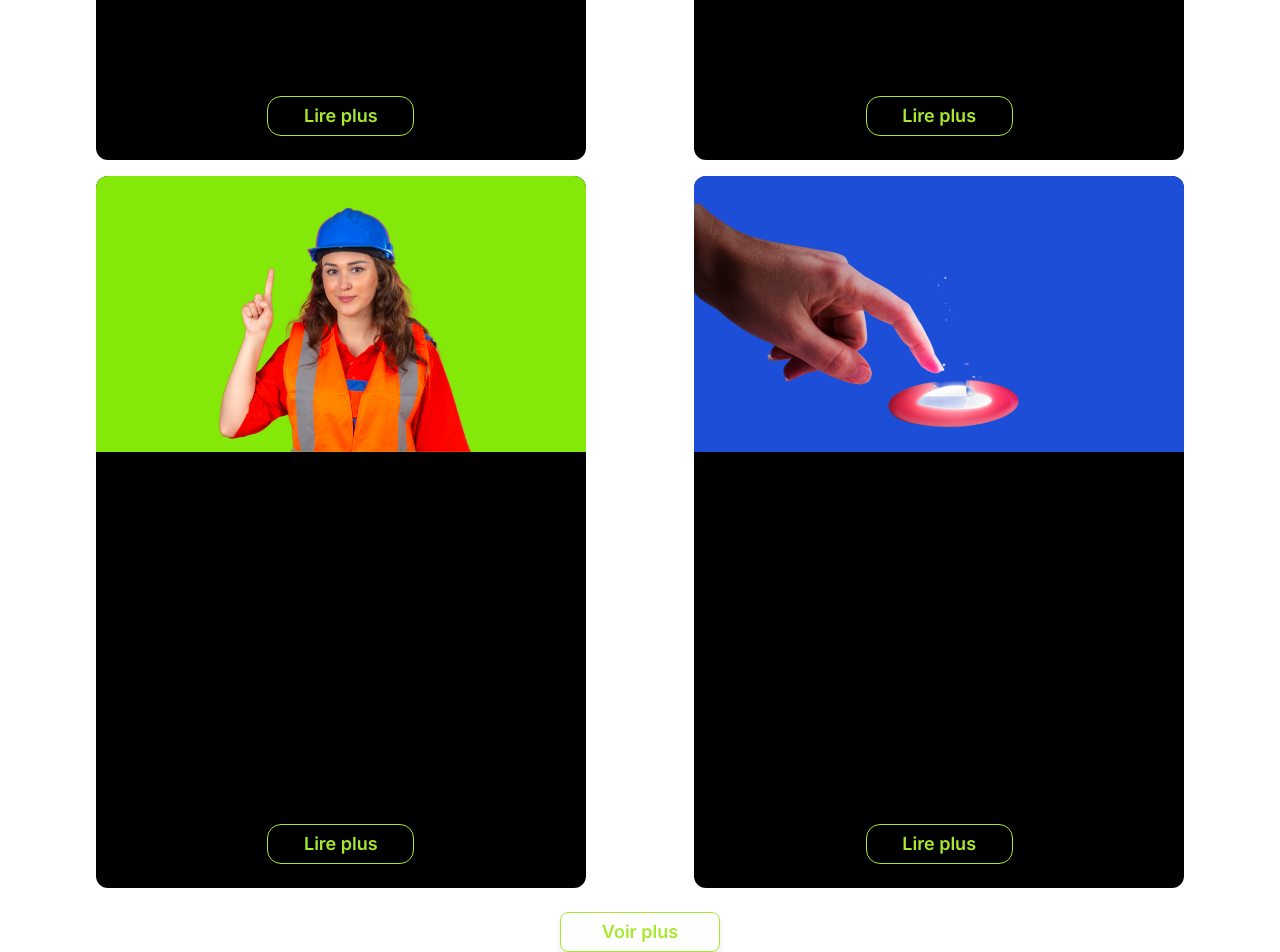
Repository: NassimeElkamari/test
Page: /blogs
The author's editor kept a copy of each file at every save. The page is drawn from the files as they stood at one save, then again after a run of saves.
The browser window is 1280 px wide. The pictures show the part of the page from y = 1243 to 2195 px (the page is 2195 px tall).
The project was rebuilt for these pictures with package versions that can differ from the ones it lists, and the page was loaded fresh each time. The framework's server and built-in components were replaced by stand-ins that run in the browser. Also part of the build but not shown: next.config.mjs.

Above is the page before, as saved 2024-06-12 16:06:10.

### src/app/blogs/page.tsx
import Image from 'next/image';
import React from 'react';
import { MdDateRange } from "react-icons/md";
import BlogCard from '../../components/BlogCard';
import { cardData } from '../../data/cardData';

const Blog = () => {
  return (
    <div className='bg-white'>
      <div className='flex justify-center'>
        <h1 className="text-4xl font-bold text-center">Blog</h1>
      </div>
      <div className="relative w-[92vw] h-[85vh] mx-auto overflow-hidden bg-black pt-5 pl-8 flex flex-col justify-start rounded-2xl">
        <Image
          src="/bgImage.jpg"
          layout="fill"
          objectFit="cover"
          objectPosition="top"
          quality={100}
          alt="Background Image"
          className="opacity-30 bg-black"
        />
        <div className="absolute inset-0 flex flex-col justify-center text-white mt-[6%] p-4 pl-8">
          <h1 className="text-[52px] font-semibold mb-4">
            Ouvrez les portes de la connaissance <br /> avec nos Blogs stimulants
          </h1>
          <p className="text-[17px] mb-8">
            Découvrez les dernières actualités de 2peerfect dans une multitude de domaines passionnants. <br />Plongez-vous dans nos articles pour rester à jour sur les tendances les plus récentes en technologie, <br /> santé mentale, Design, Business, et bien plus encore. Avec une expertise diversifiée et des perspectives variées,<br /> 2peerfect vous offre un aperçu complet et captivant des développements les plus récents à travers différents secteurs.<br /> Ne manquez rien de ce qui se passe dans le monde, suivez 2peerfect pour rester informé et inspiré.
          </p>
          <div className="flex flex-wrap justify-between space-x-4 w-[80%]">
            <div className="bg-transparent rounded-lg shadow-md w-[15%] h-10 mb-4 border border-[#A7E92F] flex items-center justify-center">
              <h2 className="text-lg font-semibold text-center">Marketing</h2>
            </div>
            <div className="bg-transparent rounded-lg shadow-md w-[15%] h-10 mb-4 border border-[#A7E92F] flex items-center justify-center">
              <h2 className="text-lg font-semibold text-center">Design</h2>
            </div>
            <div className="bg-transparent rounded-lg shadow-md w-[15%] h-10 mb-4 border border-[#A7E92F] flex items-center justify-center">
              <h2 className="text-lg font-semibold text-center">Business</h2>
            </div>
            <div className="bg-transparent rounded-lg shadow-md w-[15%] h-10 mb-4 border border-[#A7E92F] flex items-center justify-center">
              <h2 className="text-lg font-semibold text-center">IT</h2>
            </div>
            <div className="bg-transparent rounded-lg shadow-md w-[15%] text-center h-10 mb-4 border border-[#A7E92F] flex items-center justify-center">
              <h2 className="text-lg font-semibold">Psychologie</h2>
            </div>
            {/* Add more cards as needed */}
          </div>
        </div>
      </div>
      <div className='second-section w-[85vw] mx-auto mt-10 flex justify-center'>
        <div className="flex flex-wrap gap-4 justify-between ">
          {cardData.map((card) => (
            <BlogCard
              key={card.id}
              imageSrc={card.imageSrc}
              title={card.title}
              description={card.description}
              date={card.date}
              color={card.background}
            />
          ))}
        </div>
      </div>
      <div className="flex justify-center mt-10">
        <button className=" text-white rounded-lg shadow-md w-40 text-center h-10 border border-[#A7E92F] flex items-center justify-center">
          <h2 className="text-lg font-semibold text-[#A7E92F]">Voir plus</h2>
        </button>
      </div>
    </div>
  );
};

export default Blog;

### src/components/BlogCard.tsx
import Image from 'next/image'
import React from 'react'
import { MdDateRange } from "react-icons/md";


const BlogCard = ({ imageSrc, title, description, date , color}) => {
  return (
    <div className='w-[45%] h-[50%] bg-black rounded-xl flex flex-col'>
    <div className="w-[100%] h-2/5 relative">
        <Image
        src={imageSrc}
        layout='responsive'
        height={100}
        width={100}
        alt="Card Image"
        className="w-full h-full rounded-t-xl "
        style={{backgroundColor: `${color}`}}
        />
    </div>
    <div className="pt-14 flex justify-center items-center flex-col px-5">
        <h1 className="text-[32px] font-semibold">{title}</h1>
        <p className="text-md mt-5">{description}</p>
    </div>
    <div className="flex items-center justify-end mt-10 mr-2">
        <MdDateRange width={70} height={70} className='mr-4'/>
        <p className="mr-2">{date}</p>
    </div>
    <div className="flex justify-center mt-8 mb-6"> {/* Added justify-center class */}
        <button className="bg-black rounded-[14px] shadow-md w-[30%] text-center h-10 border border-[#A7E92F] flex items-center justify-center">
        <h2 className="text-lg font-semibold text-[#A7E92F]">Lire plus</h2> {/* Added text-white class */}
        </button>
    </div>
    </div>
  )
}

export default BlogCard

### src/data/cardData.js
export const cardData = [
  {
    id: 1,
    imageSrc: "/card11.png",
    title: "L'impact des médias sociaux sur la santé mental",
    description: "Discuter de la façon dont les likes, les commentaires et les partages peuvent devenir une mesure de notre valeur personnelle, et comment cela peut affecter notre estime de soi et notre bien-être émotionnel...",
    date: "11 Décembre 2023",
    background: '#1D4ED8' // Background color for the first card
  },
  {
    id: 2,
    imageSrc: "/card22.png",
    title: "L’inovation technologique dans l’éducation",
    description: "Reconnaître les défis liés à l'intégration de la technologie dans l'éducation, tels que l'accès inégal aux ressources technologiques et les préoccupations concernant la dépendance excessive à la technologie...",
    date: "11 Décembre 2023",
    background: '#84e809' // Background color for the second card
  },
  {
    id: 3,
    imageSrc: "/card33.png",
    title: "L’inovation technologique dans l’éducation",
    description: "Reconnaître les défis liés à l'intégration de la technologie dans l'éducation, tels que l'accès inégal aux ressources technologiques et les préoccupations concernant la dépendance excessive à la technologie...",
    date: "11 Décembre 2023",
    background: '#84e809' // Background color for the third card
  },
  {
    id: 4,
    imageSrc: "/card11.png",
    title: "L'impact des médias sociaux sur la santé mental",
    description: "Discuter de la façon dont les likes, les commentaires et les partages peuvent devenir une mesure de notre valeur personnelle, et comment cela peut affecter notre estime de soi et notre bien-être émotionnel...",
    date: "11 Décembre 2023",
    background: '#1D4ED8' // Background color for the fourth card
  },
];

Loaded but not shown: src/app/layout.tsx (common file); src/app/globals.css (common file); tailwind.config.ts (common file)

After the next 2 saves:
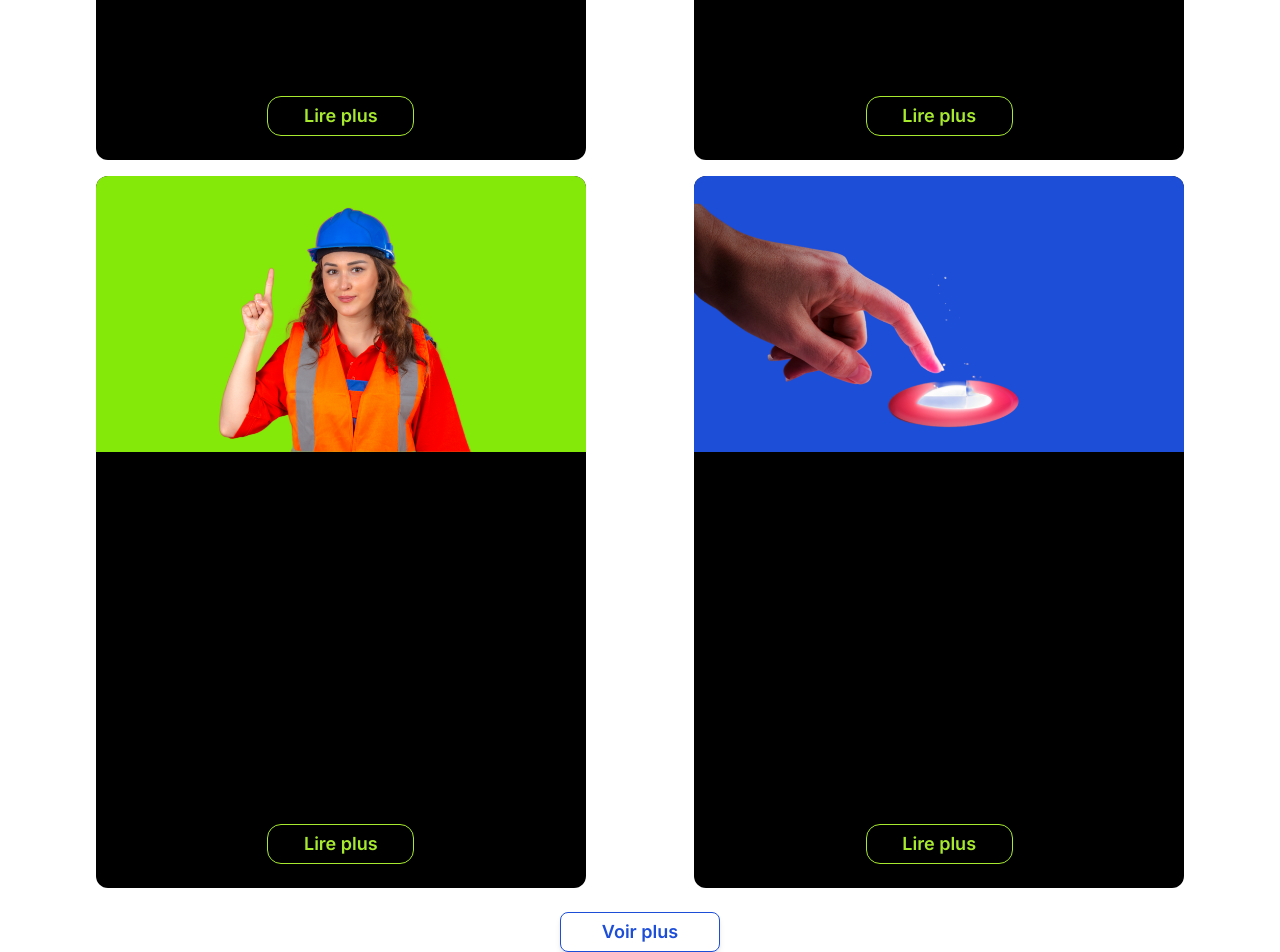
The 2 saves are shown as one change because they came seconds apart.
The last was saved 24 s later.
--- a/src/app/blogs/page.tsx
+++ b/src/app/blogs/page.tsx
@@ -62,8 +62,8 @@ const Blog = () => {
         </div>
       </div>
       <div className="flex justify-center mt-10">
-        <button className=" text-white rounded-lg shadow-md w-40 text-center h-10 border border-[#A7E92F] flex items-center justify-center">
-          <h2 className="text-lg font-semibold text-[#A7E92F]">Voir plus</h2>
+        <button className=" text-white rounded-lg shadow-md w-40 text-center h-10 border border-[#1D4ED8] flex items-center justify-center">
+          <h2 className="text-lg font-semibold text-[#1D4ED8]">Voir plus</h2>
         </button>
       </div>
     </div>
